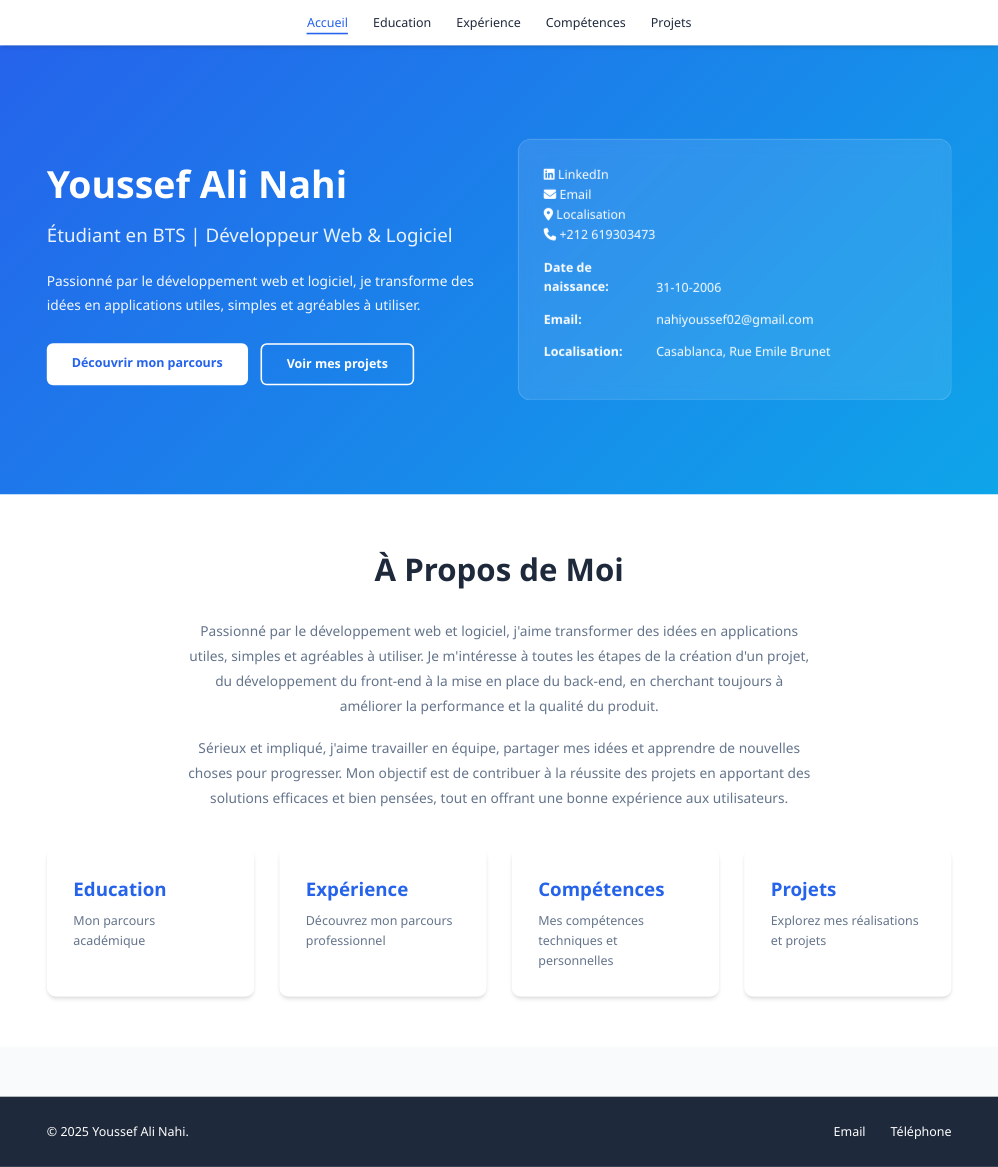
Repository: Youssef-Nahi504/My_Portfolio
Page: index.html
An editor plug-in stored every save of this project. The page is shown before and after the next save, followed by the edit.
The browser window is 1280 px wide. The pictures show the whole page, at 78% of full size.

Above is the page before, as saved 2025-12-21 13:24:05.

After the next save:
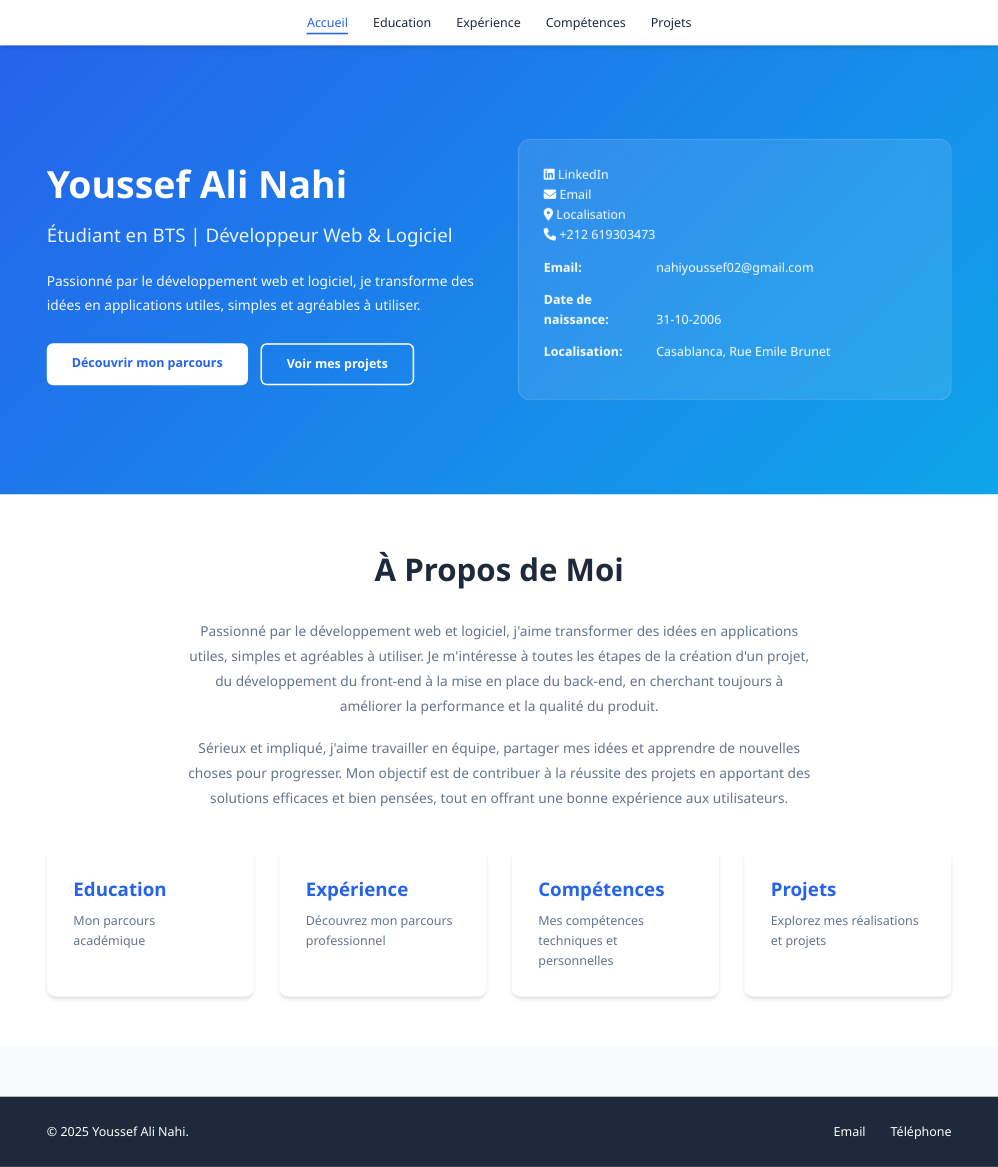
Saved 4 s later.
--- a/index.html
+++ b/index.html
@@ -43,8 +43,8 @@
                             <i class="fa-solid fa-envelope"></i> Email<br>
                             <i class="fa-solid fa-location-dot"></i> Localisation
                             <p><i class="fa-solid fa-phone"></i> +212 619303473</p>
+                            <p><strong>Email:</strong> nahiyoussef02@gmail.com</p>
                             <p><strong>Date de naissance:</strong> 31-10-2006</p>
-                            <p><strong>Email:</strong> nahiyoussef02@gmail.com</p>
                             <p><strong>Localisation:</strong> Casablanca, Rue Emile Brunet</p>
                         </div>
                     </div>
